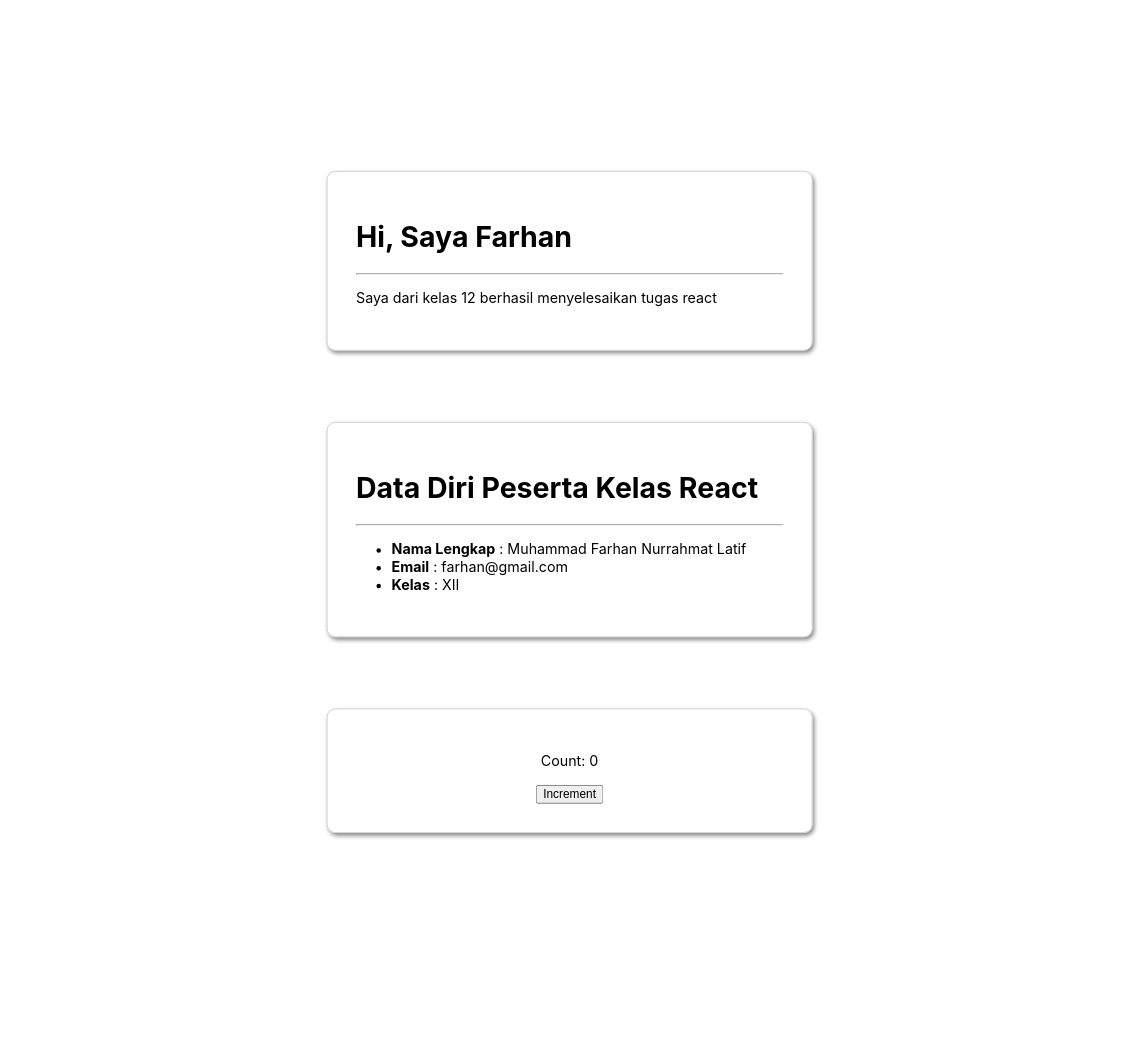
Repository: mfarhannr/Tugas-Reactjs_Farhan
Page: /
An editor plug-in stored every save of this project. The page is shown before and after a run of saves, followed by the edit.
The browser window is 1280 px wide. The pictures show the whole page, at 89% of full size.
The project was rebuilt for these pictures with package versions that can differ from the ones it lists, and the page was loaded fresh each time.

Above is the page before, as saved 2024-05-06 14:37:51.

After the next 3 saves:
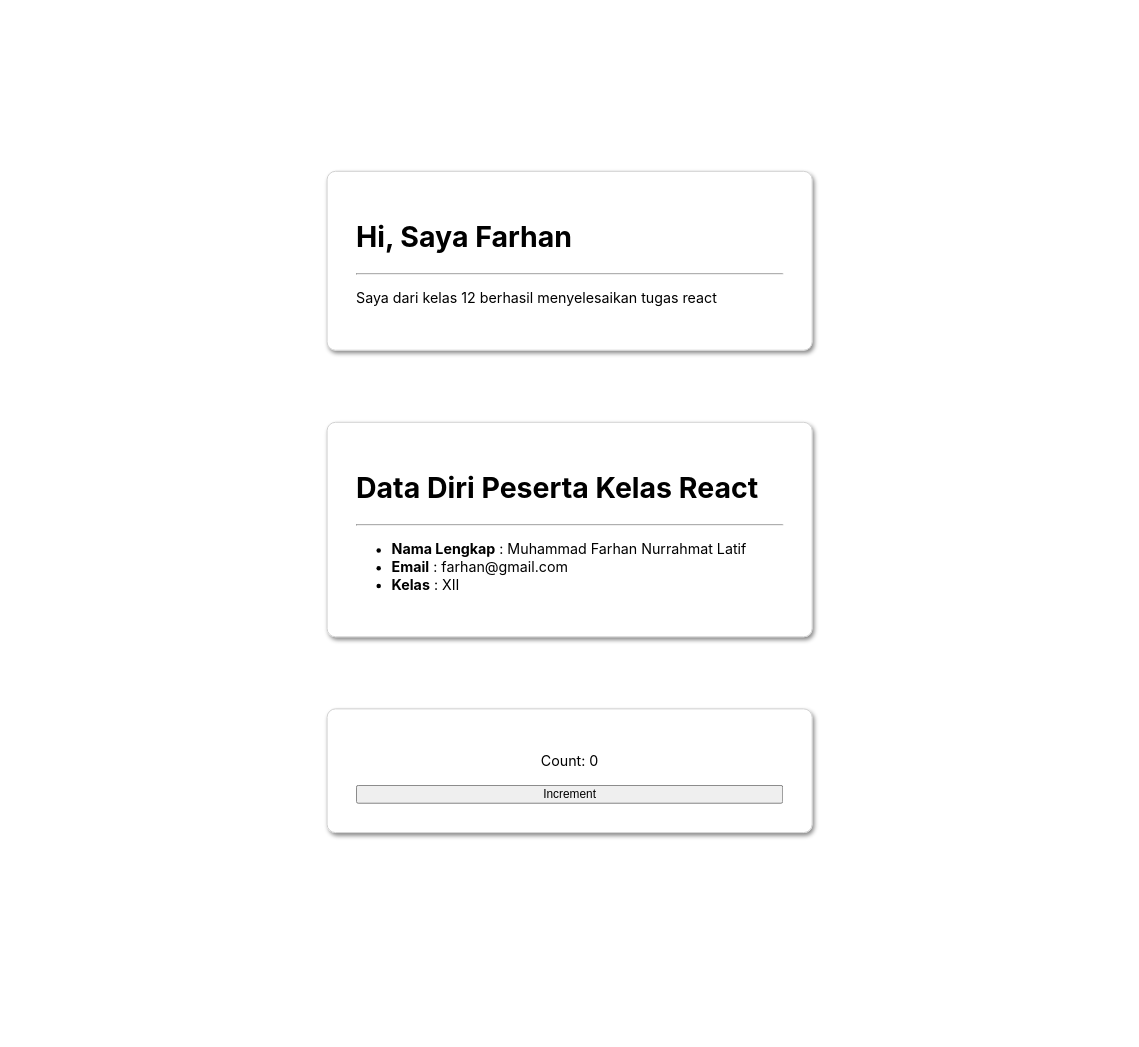
The 3 saves are shown as one change because they came seconds apart.
The last was saved 8 s later.
--- a/src/App.css
+++ b/src/App.css
@@ -16,7 +16,7 @@ span {
 }
 
 .tambah {
-
+  width:100%
 }
 
 .Card7 {
